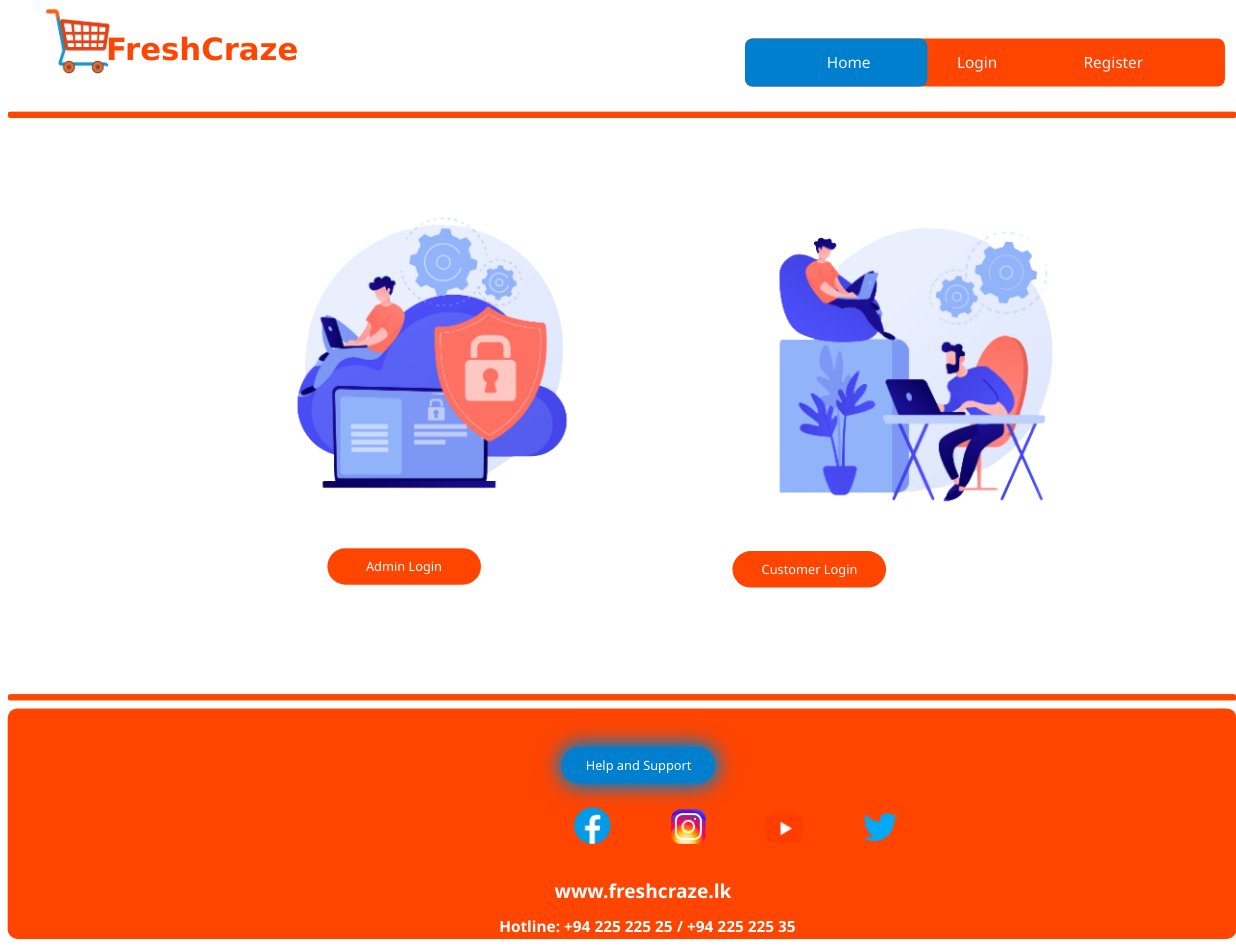
Repository: chamarac2002/FreshCraze
Page: http://localhost/CustomerDemo/LoginPage.jsp
The author's editor kept a copy of each file at every save. The page is drawn from the files as they stood at one save, then again after the next save.
The browser window is 1280 px wide. The page is 1288 px wide, so the pictures cover 1288 px, including what lies to the right of the window. The pictures show the whole page, at 96% of full size.
The page is served by Tomcat 9. Nobody is signed in. The application's start-up code is not run.

Above is the page before, as saved 2024-05-11 09:36:46.

After the next save:
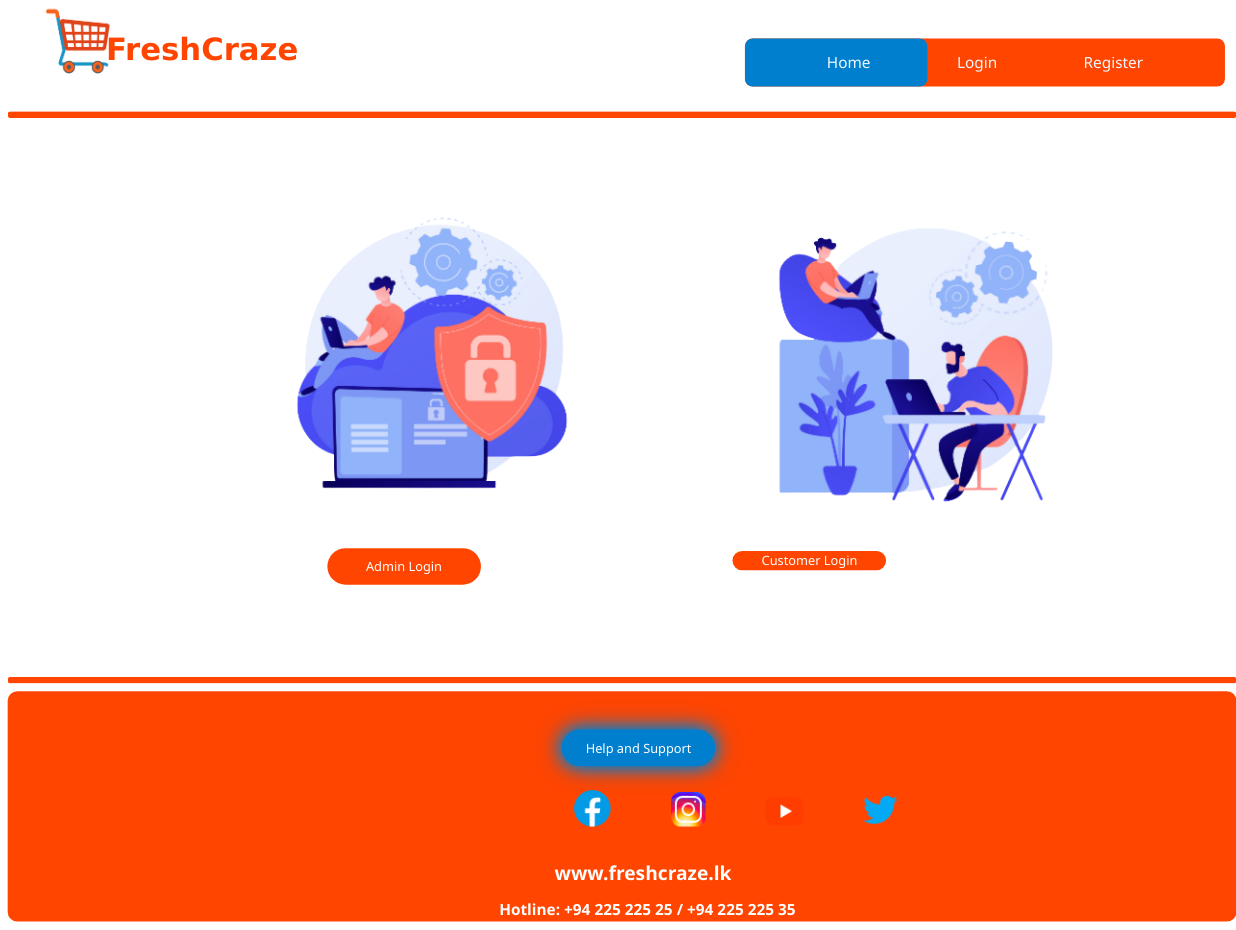
Saved 49 s later.
--- a/CustomerDemo/src/main/webapp/Styles/LoginPageeStyle.css
+++ b/CustomerDemo/src/main/webapp/Styles/LoginPageeStyle.css
@@ -161,7 +161,6 @@
     border: none;
     width: 160px;
     font-family: 'Segoe UI';
-    padding: 10px 12px;
     color: #ffffff;
     background-color:orangered;
     border-radius: 20px;

After the save that followed:
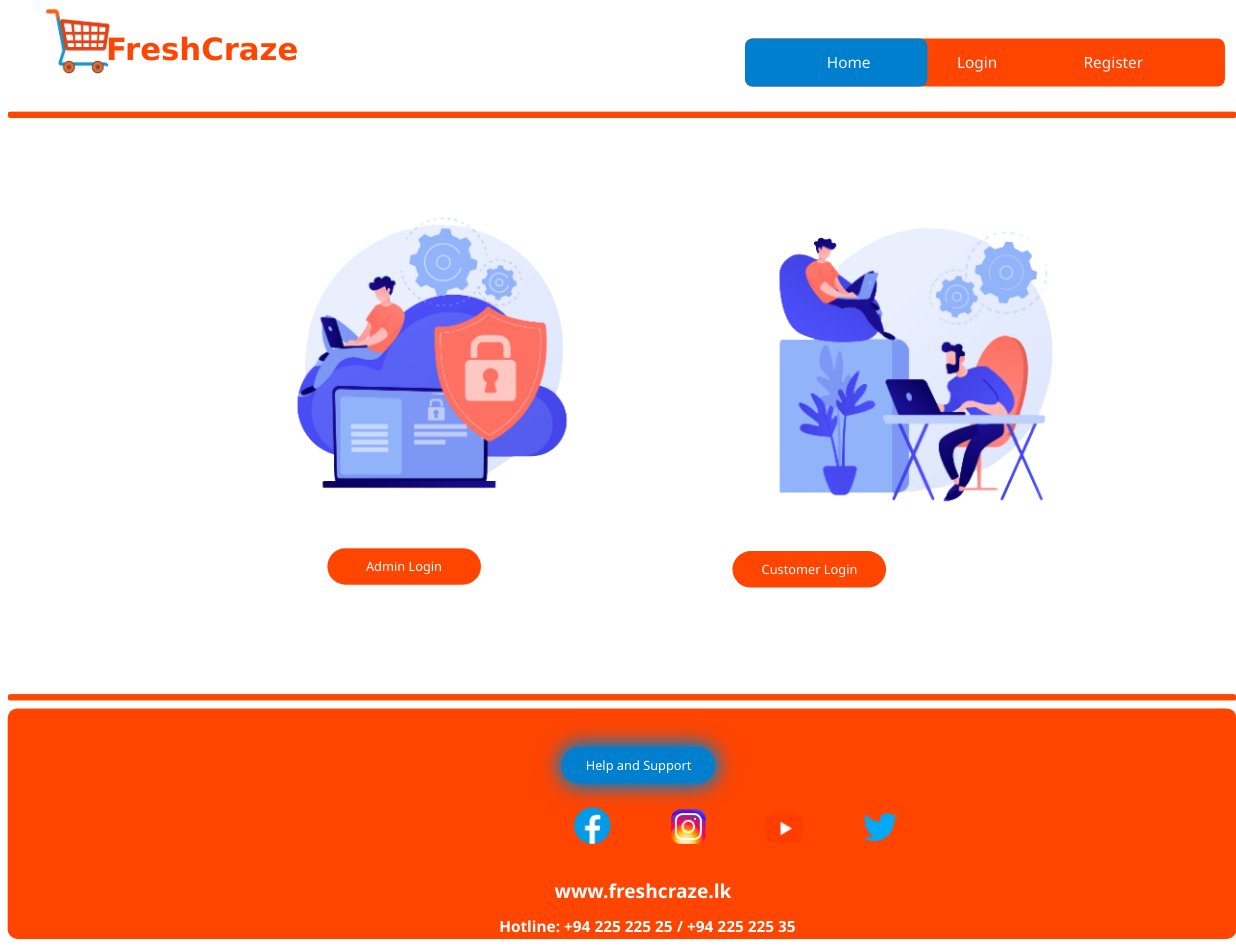
Saved 31 s later.
--- a/CustomerDemo/src/main/webapp/Styles/LoginPageeStyle.css
+++ b/CustomerDemo/src/main/webapp/Styles/LoginPageeStyle.css
@@ -161,6 +161,7 @@
     border: none;
     width: 160px;
     font-family: 'Segoe UI';
+    padding: 10px 12px;
     color: #ffffff;
     background-color:orangered;
     border-radius: 20px;
